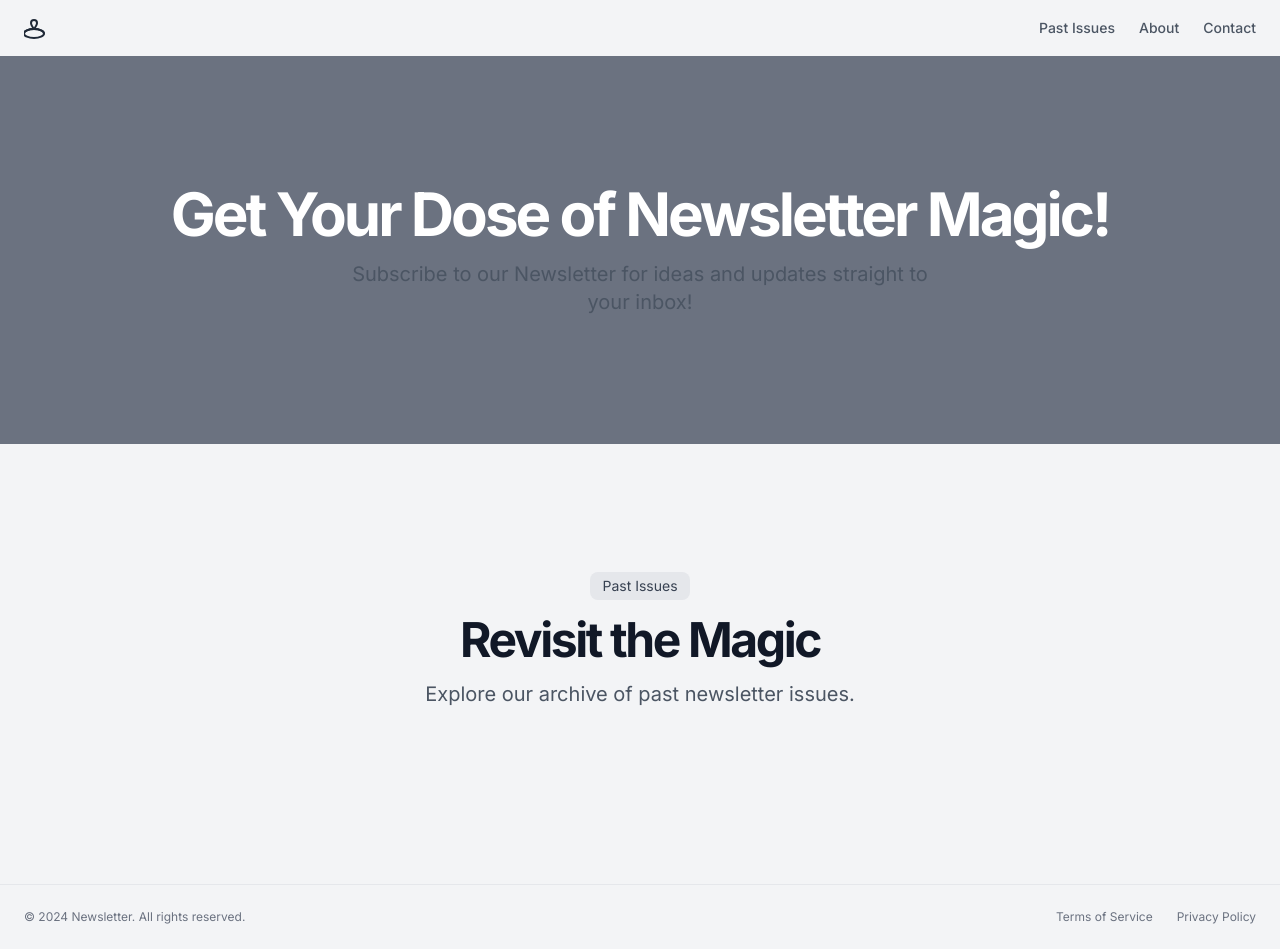
Repository: djdjdallas/unicorn-poop-newsletter
Page: /
The author's editor kept a copy of each file at every save. The page is drawn from the files as they stood at one save, then again after the next save.
The browser window is 1280 px wide. The pictures show the whole page.
The page's requests for data from a server got no answer. The project was rebuilt for these pictures with package versions that can differ from the ones it lists, and the page was loaded fresh each time. The framework's server and built-in components were replaced by stand-ins that run in the browser. No one was signed in, and anything a server would have sent is missing. Also part of the build but not shown: next.config.mjs, src/lib/utils.js, src/components/ui/input.jsx, src/components/ui/button.jsx, src/components/ui/card.jsx.

Above is the page before, as saved 2024-08-10 11:02:46.

### src/app/layout.js
import { Inter } from "next/font/google";
import "./globals.css";

const inter = Inter({ subsets: ["latin"] });

export const metadata = {
  title: "🦄 Unicorn Poop",
  description: "Magical SaaS ideas and sparkly insights for entrepreneurs",
};

export default function RootLayout({ children }) {
  return (
    <html lang="en">
      <body className={inter.className}>{children}</body>
    </html>
  );
}

### src/app/page.js
import { createClient } from "@supabase/supabase-js";
import Link from "next/link";
import { Input } from "@/components/ui/input";
import { Button } from "@/components/ui/button";
import {
  Card,
  CardHeader,
  CardTitle,
  CardDescription,
  CardContent,
  CardFooter,
} from "@/components/ui/card";

// Initialize Supabase client
const supabase = createClient(
  process.env.NEXT_PUBLIC_SUPABASE_URL,
  process.env.NEXT_PUBLIC_SUPABASE_ANON_KEY
);

function UnicornIcon(props) {
  return (
    <svg
      {...props}
      xmlns="http://www.w3.org/2000/svg"
      width="24"
      height="24"
      viewBox="0 0 24 24"
      fill="none"
      stroke="currentColor"
      strokeWidth="2"
      strokeLinecap="round"
      strokeLinejoin="round"
    >
      <path d="M20 17.5c0 2.485-4.477 4.5-10 4.5S0 19.985 0 17.5 4.477 13 10 13s10 2.015 10 4.5Z" />
      <path d="M10 13s3-4 3-6c0-1.655-1.345-3-3-3S7 5.345 7 7c0 2 3 6 3 6Z" />
      <path d="M20 17.5c0-2.485-4.477-4.5-10-4.5S0 15.015 0 17.5" />
    </svg>
  );
}

// You'll need to create this as a separate Client Component
// import NewsletterSignup from "@/components/NewsletterSignup";

export default async function Home() {
  // Fetch issues from Supabase
  const { data: issues, error } = await supabase
    .from("newsletter_issues")
    .select("title, description, slug, published_at")
    .order("published_at", { ascending: false })
    .limit(3);

  if (error) {
    console.error("Error fetching issues:", error);
  }

  return (
    <div className="flex flex-col min-h-dvh bg-white">
      <header className="px-4 lg:px-6 h-14 flex items-center bg-gray-100">
        <Link href="/" className="flex items-center justify-center">
          <UnicornIcon className="size-6 text-gray-800" />
          <span className="sr-only">Newsletter</span>
        </Link>
        <nav className="ml-auto flex gap-4 sm:gap-6">
          <Link
            href="#past-issues"
            className="text-sm font-medium text-gray-600 hover:text-gray-900 hover:underline underline-offset-4"
          >
            Past Issues
          </Link>
          <Link
            href="#"
            className="text-sm font-medium text-gray-600 hover:text-gray-900 hover:underline underline-offset-4"
          >
            About
          </Link>
          <Link
            href="#"
            className="text-sm font-medium text-gray-600 hover:text-gray-900 hover:underline underline-offset-4"
          >
            Contact
          </Link>
        </nav>
      </header>

      <main className="flex-1">
        <section className="w-full py-12 md:py-24 lg:py-32 bg-gray-500">
          <div className="container px-4 md:px-6 space-y-8 lg:space-y-12">
            <div className="flex flex-col items-center justify-center text-center space-y-4">
              <h1 className="text-3xl font-bold tracking-tighter sm:text-4xl md:text-5xl lg:text-6xl text-white">
                Get Your Dose of Newsletter Magic!
              </h1>
              <p className="max-w-[600px] text-gray-600 md:text-xl">
                Subscribe to our Newsletter for ideas and updates straight to
                your inbox!
              </p>
              {/* <NewsletterSignup /> */}
            </div>
          </div>
        </section>

        {issues && issues.length > 0 && (
          <section className="w-full py-12 md:py-24 lg:py-32">
            <div className="container px-4 md:px-6 space-y-8 lg:space-y-12">
              <div className="flex flex-col items-center justify-center text-center space-y-4">
                <div className="inline-block rounded-lg bg-gray-200 px-3 py-1 text-sm text-gray-700">
                  Latest Issue
                </div>
                <h2 className="text-3xl font-bold tracking-tighter sm:text-4xl md:text-5xl text-gray-900">
                  {issues[0].title}
                </h2>
                <p className="max-w-[700px] text-gray-600 md:text-xl">
                  {issues[0].description}
                </p>
              </div>
              <div className="text-center">
                <Link
                  href={`/issues/${issues[0].slug}`}
                  className="inline-block bg-gray-800 text-white px-6 py-3 rounded-lg hover:bg-gray-700 transition-colors"
                >
                  Read Latest Issue
                </Link>
              </div>
            </div>
          </section>
        )}

        <section
          id="past-issues"
          className="w-full py-12 md:py-24 lg:py-32 bg-gray-100"
        >
          <div className="container px-4 md:px-6 space-y-8 lg:space-y-12">
            <div className="flex flex-col items-center justify-center text-center space-y-4">
              <div className="inline-block rounded-lg bg-gray-200 px-3 py-1 text-sm text-gray-700">
                Past Issues
              </div>
              <h2 className="text-3xl font-bold tracking-tighter sm:text-4xl md:text-5xl text-gray-900">
                Revisit the Magic
              </h2>
              <p className="max-w-[700px] text-gray-600 md:text-xl">
                Explore our archive of past newsletter issues.
              </p>
            </div>
            <div className="grid grid-cols-1 sm:grid-cols-2 lg:grid-cols-3 gap-6">
              {issues &&
                issues.map((issue) => (
                  <Card key={issue.slug} className="bg-white">
                    <CardHeader>
                      <CardTitle className="text-gray-900">
                        {issue.title}
                      </CardTitle>
                      <CardDescription className="text-gray-600">
                        {issue.description}
                      </CardDescription>
                    </CardHeader>
                    <CardContent>
                      <p className="text-sm text-gray-500">
                        Published on:{" "}
                        {new Date(issue.published_at).toLocaleDateString()}
                      </p>
                    </CardContent>
                    <CardFooter>
                      <Link
                        href={`/issues/${issue.slug}`}
                        className="text-gray-700 hover:text-gray-900 hover:underline"
                      >
                        Read Issue
                      </Link>
                    </CardFooter>
                  </Card>
                ))}
            </div>
          </div>
        </section>
      </main>

      <footer className="flex flex-col gap-2 sm:flex-row py-6 w-full shrink-0 items-center px-4 md:px-6 border-t border-gray-200 bg-gray-100">
        <p className="text-xs text-gray-500">
          &copy; 2024 Newsletter. All rights reserved.
        </p>
        <nav className="sm:ml-auto flex gap-4 sm:gap-6">
          <Link
            href="#"
            className="text-xs text-gray-500 hover:text-gray-700 hover:underline underline-offset-4"
          >
            Terms of Service
          </Link>
          <Link
            href="#"
            className="text-xs text-gray-500 hover:text-gray-700 hover:underline underline-offset-4"
          >
            Privacy Policy
          </Link>
        </nav>
      </footer>
    </div>
  );
}

Loaded but not shown: src/app/globals.css (common file); tailwind.config.js (common file)

After the next save:
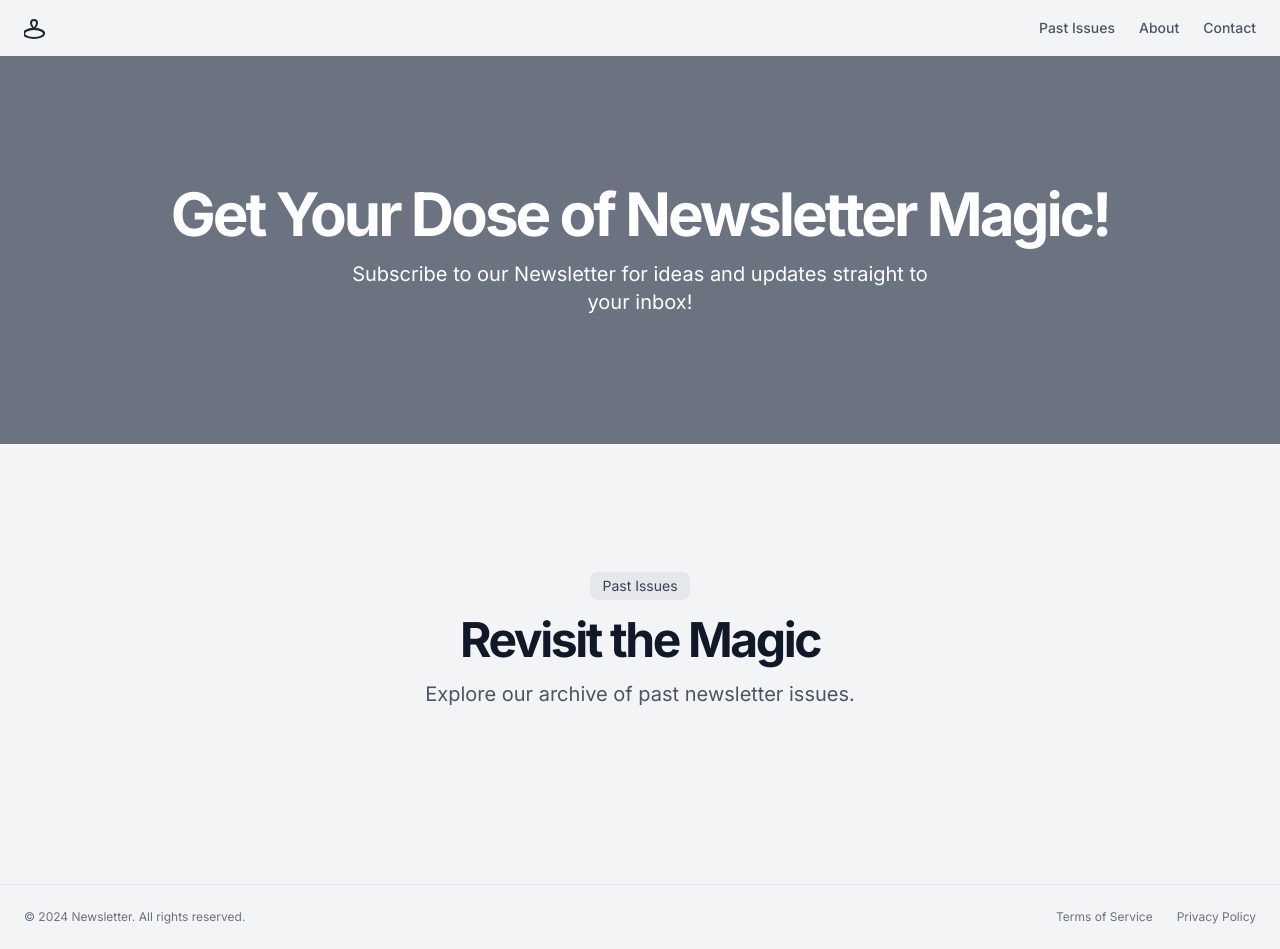
Saved 26 s later.
--- a/src/app/page.js
+++ b/src/app/page.js
@@ -89,7 +89,7 @@ export default async function Home() {
               <h1 className="text-3xl font-bold tracking-tighter sm:text-4xl md:text-5xl lg:text-6xl text-white">
                 Get Your Dose of Newsletter Magic!
               </h1>
-              <p className="max-w-[600px] text-gray-600 md:text-xl">
+              <p className="max-w-[600px] text-white md:text-xl">
                 Subscribe to our Newsletter for ideas and updates straight to
                 your inbox!
               </p>
